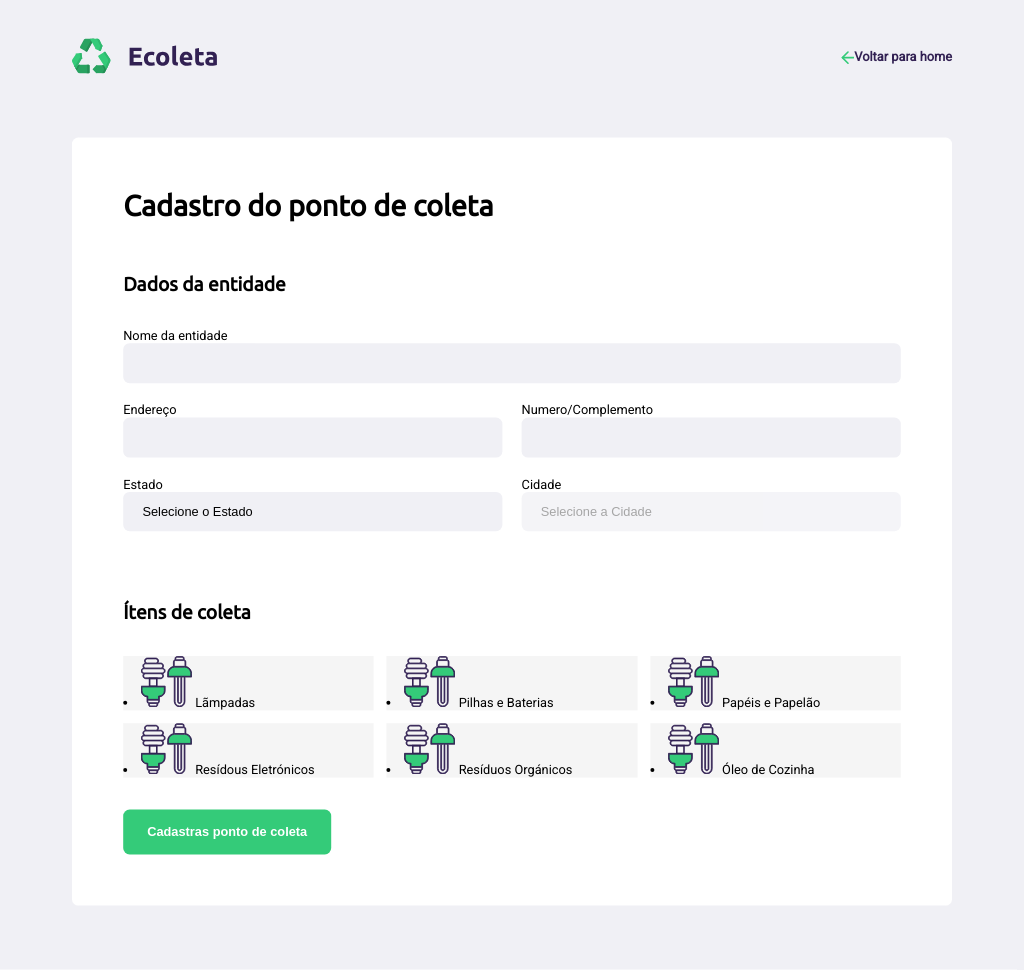
Repository: ivobass/NextLevelWeek
Page: create-point.html
These files come from the project's save history. The page is drawn as it stood at one moment and after the next save; the edit follows.
The browser window is 1280 px wide. The pictures show the whole page, at 80% of full size.
The page's requests for data from a server got no answer.

Above is the page before, as saved 2020-06-03 21:12:21.

After the next save:
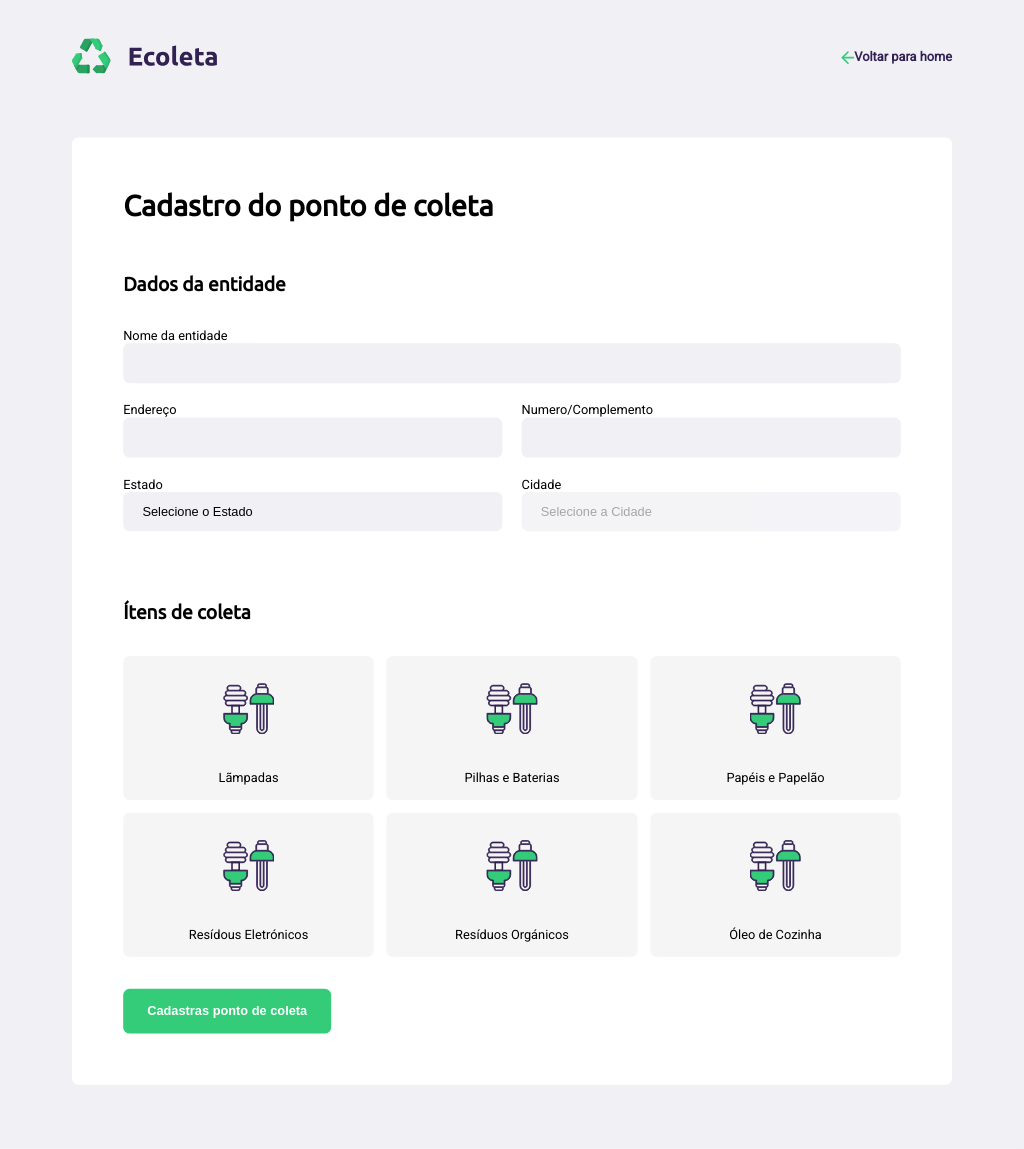
Saved 2 min 13 s later.
--- a/styles/create-point.css
+++ b/styles/create-point.css
@@ -118,4 +118,13 @@ form button:hover {
 
 .items-grid li {
     background-color: #f5f5f5;
+    list-style: none;
+    border: 2px solid #f5f5f5;
+    border-radius: 8px;
+    height: 180px;
+    padding: 32px 24px 16px;
+    display: flex;
+    flex-direction: column;
+    align-items: center;
+    justify-content: space-between;
 }
